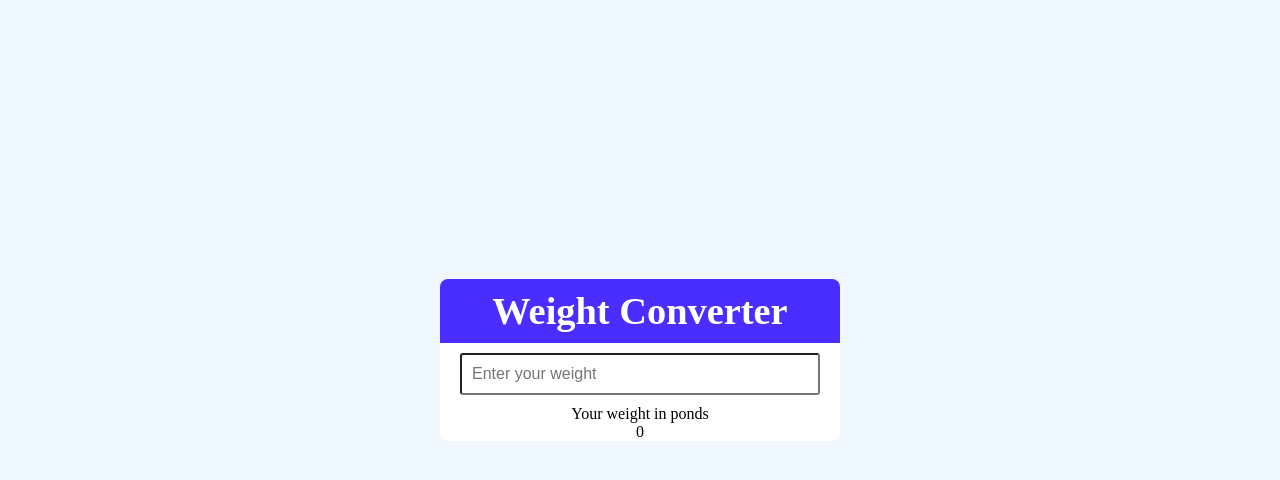
Repository: JunaidAnsari202/Weight-Converter
Page: index.html
These files come from the project's save history. The page is drawn as it stood at one moment and after the next save; the edit follows.
The browser window is 1280 px wide. The pictures show the whole page.

Above is the page before, as saved 2024-10-16 10:27:21.

### index.html
<!DOCTYPE html>
<html lang="en">
<head>
    <meta charset="UTF-8">
    <meta name="viewport" content="width=device-width, initial-scale=1.0">
    <title>Weight converter</title>
    <link rel="stylesheet" href="style.css">
</head>
<body>
 <div class="container">
    <div class="header">
        <h1>Weight Converter</h1>
    </div>
    <div class="input">
        <label for="input" id="input-label"></label>
        <input type="text" id="input" placeholder="Enter your weight">
    </div>
    <div class="output">
        Your weight in ponds <p id="output">0</p>
    </div>

 </div>

    <script src="script.js"></script>
</body>
</html>

### style.css
*{
    margin: 0;
    padding: 0;
    box-sizing: border-box;
}
body{
    background-color: aliceblue;
    display: flex;
    justify-content: center;
    align-items: center;
    height: 100vh;
}

.container{
    background-color: white;
    width: 400px;
    border-radius: 8px;
    text-align: center;
}

.header{
    background-color: rgba(34, 0, 255, 0.821);
    border-radius: 8px 8px 0 0;
    color: rgb(255, 255, 255);
    font-size: 1.2rem;
    padding: 10px;
    margin-bottom: 10px;
}

label{
    display: block;
    font-size: 1.5rem;
    font-weight: bold;
    margin-bottom: 10px;

}

input{
    width: 90%;
    padding: 10px;
    font-size: 1rem;
    margin-bottom: 10px;
    border-radius: 3px;
}

output{
    margin-bottom: 10px;
    font-weight: bold;
    font-size: 1.2rem;

}

### script.js
const input= document.querySelector("#input");
const output=document.querySelector("#output")

input.addEventListener("input",()=>{
    let val=input.value;
    let out=val*2.2;
    output.innerHTML=out.toFixed(2);
})

After the next save:
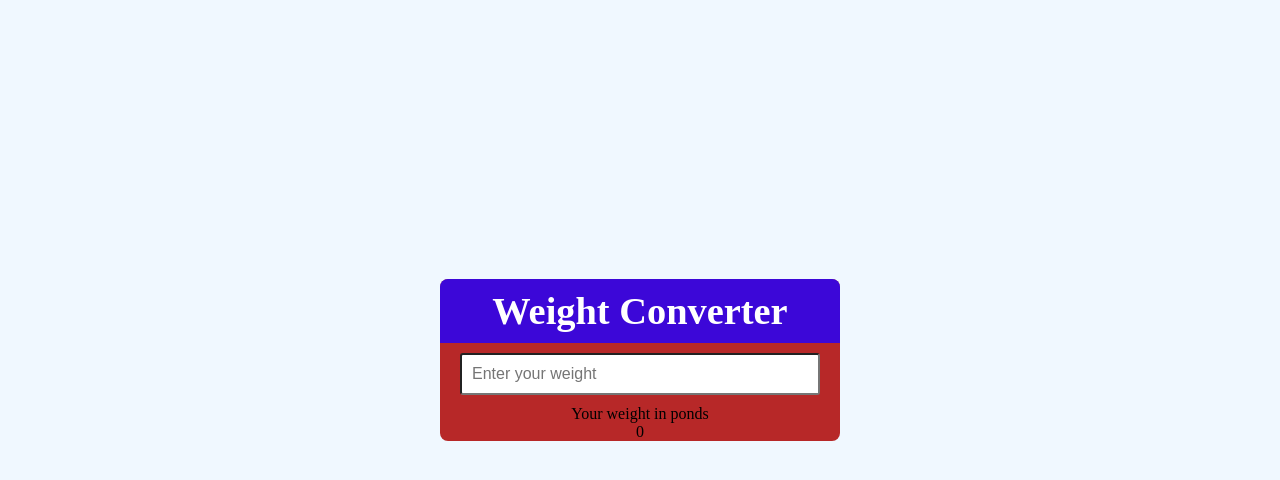
Saved 11 s later.
--- a/style.css
+++ b/style.css
@@ -12,7 +12,7 @@
 }
 
 .container{
-    background-color: white;
+    background-color: rgb(183, 40, 40);
     width: 400px;
     border-radius: 8px;
     text-align: center;

After the 5 saves that followed:
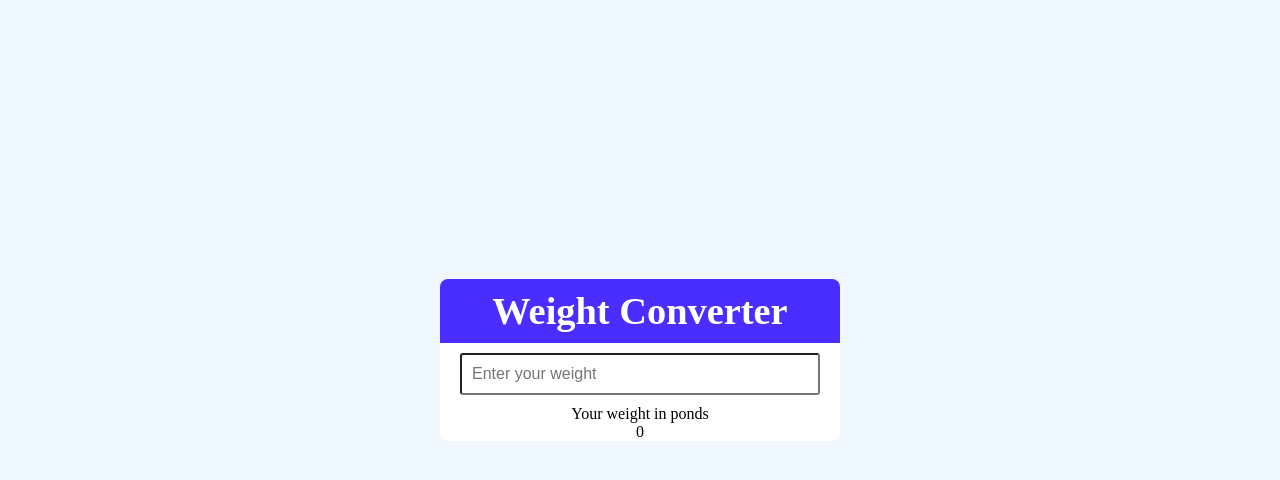
The 5 saves are shown as one change because they came seconds apart.
The last was saved 14 s later.
--- a/style.css
+++ b/style.css
@@ -12,7 +12,7 @@
 }
 
 .container{
-    background-color: rgb(183, 40, 40);
+    background-color: rgb(255, 255, 255);
     width: 400px;
     border-radius: 8px;
     text-align: center;
